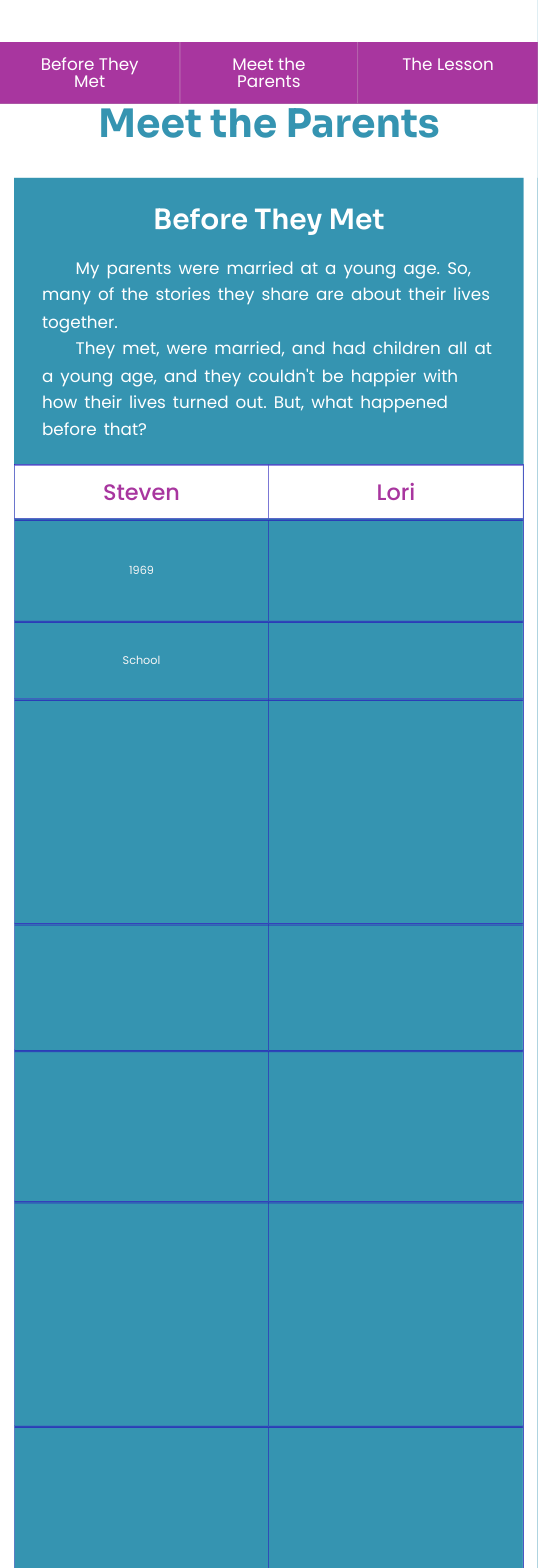
Repository: Sbethm/parents-tribute
Page: timeline.html
An editor plug-in stored every save of this project. The page is shown before and after a run of saves, followed by the edit.
The browser window is 768 px wide. The pictures show the part of the page from y = 0 to 2240 px (the page is 3985 px tall before and 4025 px after), at 70% of full size.

Above is the page before, as saved 2021-02-24 14:19:29.

After the next 2 saves:
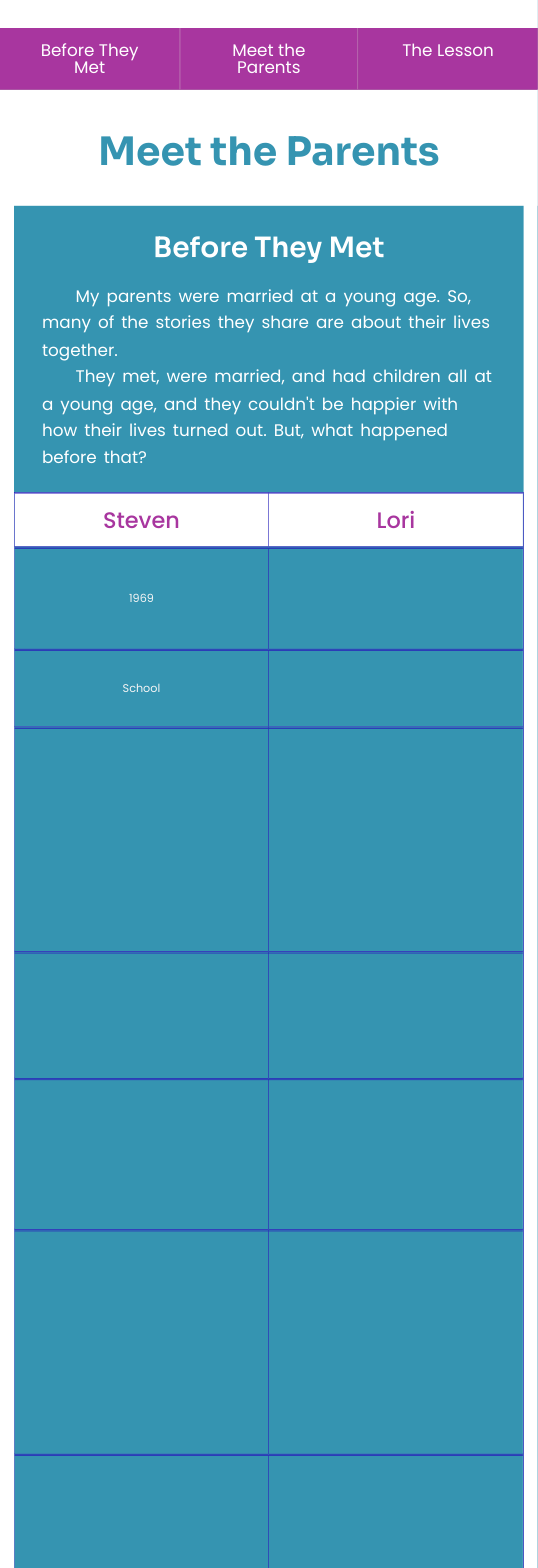
The 2 saves are shown as one change because they came seconds apart.
The last was saved 21 s later.
--- a/style.css
+++ b/style.css
@@ -518,12 +518,13 @@ footer {
 /*iPAD*/ @media screen and (min-width: 700px) and (max-width: 899px) {
 
     header {
-        padding-top: 60px;
+
         flex-direction: column-reverse;
     }
 
     h1 {
         font-size: 3.5em;
+        padding-top: 60px;
         padding-bottom: 50px;
     }
 
